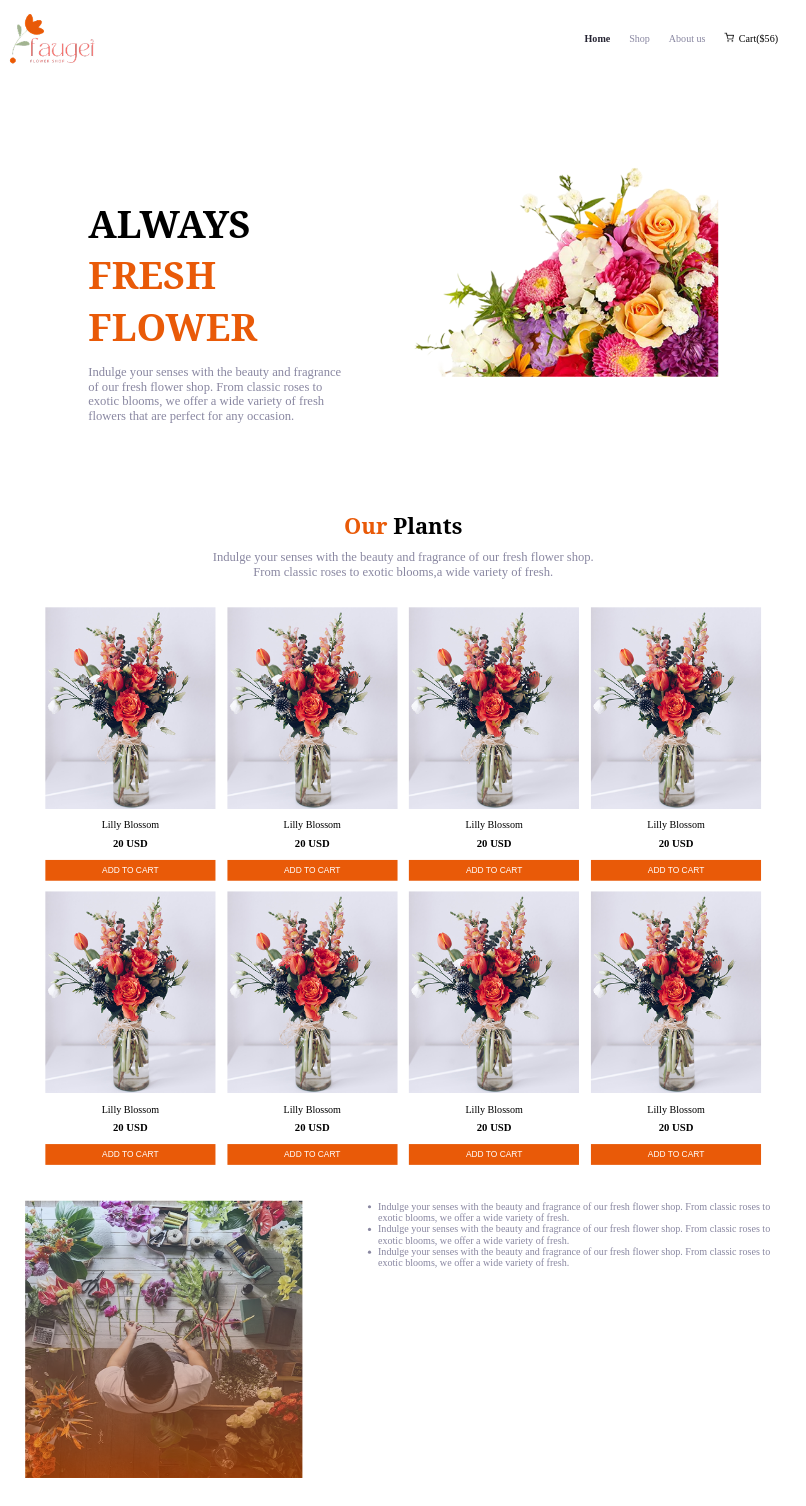
Repository: dollyrakhe22/Flowers-main-website
Page: index.html
An editor plug-in stored every save of this project. The page is shown before and after the next save, followed by the edit.
The browser window is 1280 px wide. The pictures show the whole page, at 63% of full size.
Some web libraries are served in a nearby version.

Above is the page before, as saved 2025-07-24 08:53:29.

After the next save:
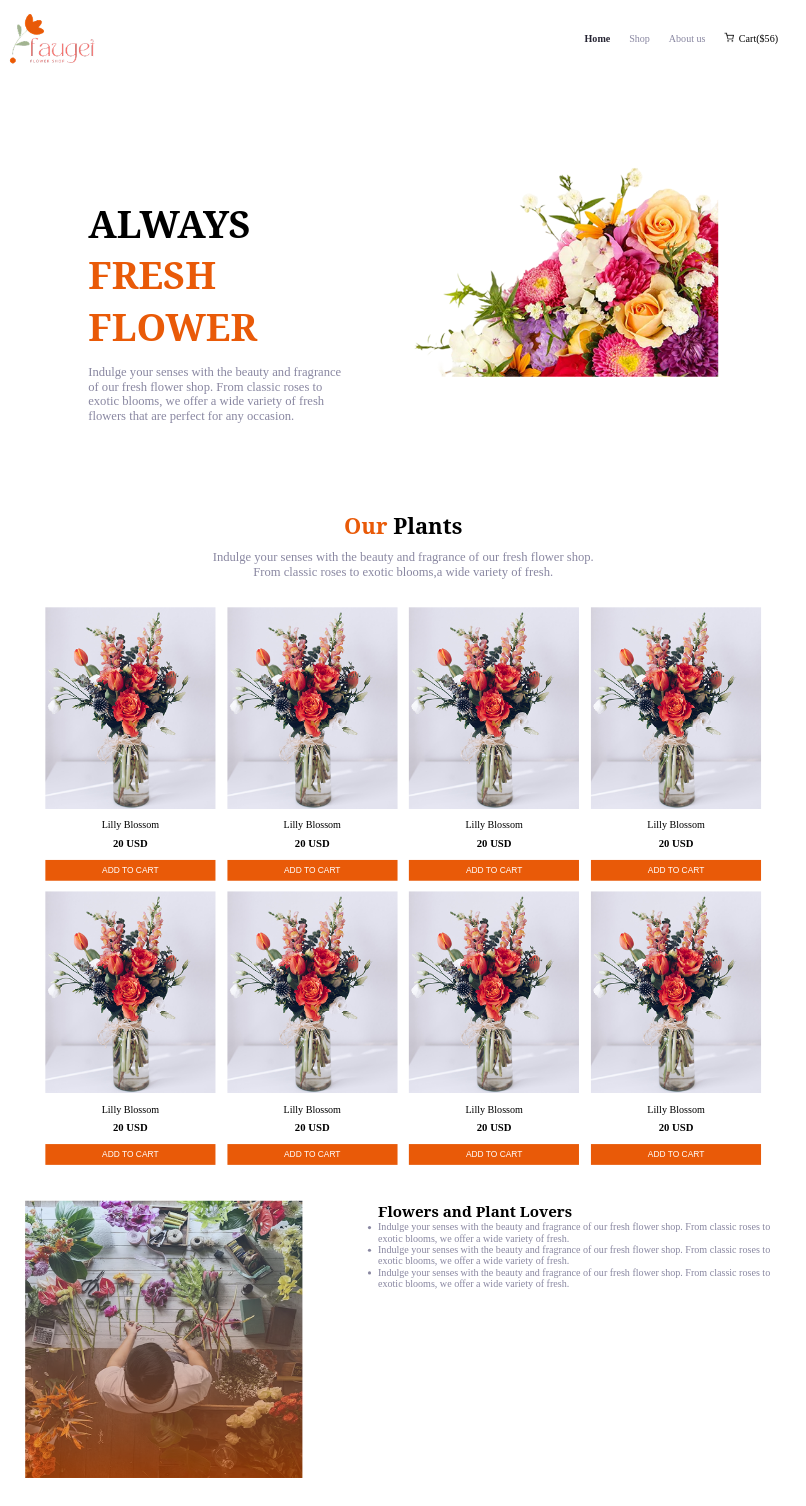
Saved 71 s later.
--- a/index.html
+++ b/index.html
@@ -104,7 +104,7 @@
     <img src="assets/flower-store.png" alt="" srcset="">
   </div>
   <div class="plan-about">
-    <h1 class="lover-title"></h1>
+    <h1 class="lover-title noto-serif-normal">Flowers and Plant Lovers</h1>
     <ul >
       <li class="text-gray">Indulge your senses with the beauty and fragrance of our fresh flower shop.
          From classic roses to exotic blooms, we offer a wide variety of fresh.</li>
--- a/style.css
+++ b/style.css
@@ -124,9 +124,7 @@ nav ul li{
 }
 .plan-about{
     margin-left: 120px;
-    align-items: center;
-    justify-content: center;
-    justify-items: center;
+
 }
 .flower-plant img{
     width: 440px;
